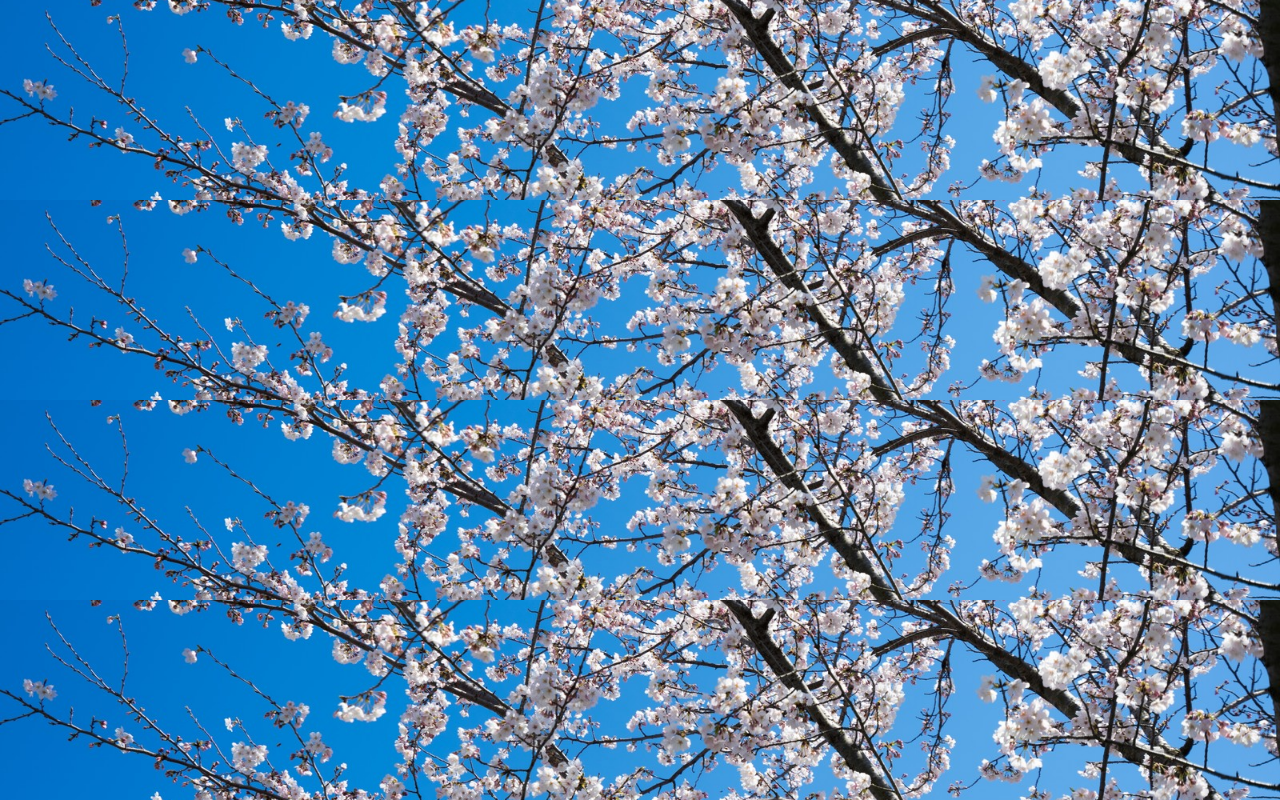
Repository: ego-boosting/assightment_1
Page: chapter_b/index.html
The author's editor kept a record of every edit. The page is drawn from the files as they stood at one moment, then again after the next edit.
The browser window is 1280 px wide. The pictures show the whole page.

Above is the page before.

### chapter_b/index.html
<!DOCTYPE HTML >
<html lang="ja">
  <head>
    <meta charset="UTF-8" >
    <title>6章演習</title>
    <link rel="stylesheet" href="style.css">
  </head>
</html>
<body>
  <div class="box1"></div>
   <div class="box1"></div>
    <div class="box1"></div>
     <div class="box1"></div>
</body>

### chapter_b/style.css
*{
  margin: 0;
  padding: 0;
  box-sizing: border-box;
}

.box1{
  height: 200px;
  background-image: url(img/box1.jpg);
  background-size: cover;
  background-position: center;
}

.box2{
  height: 200px;
  background-image: url(img/box2.jpg);
  background-size: cover;
  background-position: center;
}

.box3{
  height: 200px;
}

.box4{
  height: 200px;
}

After the next edit:
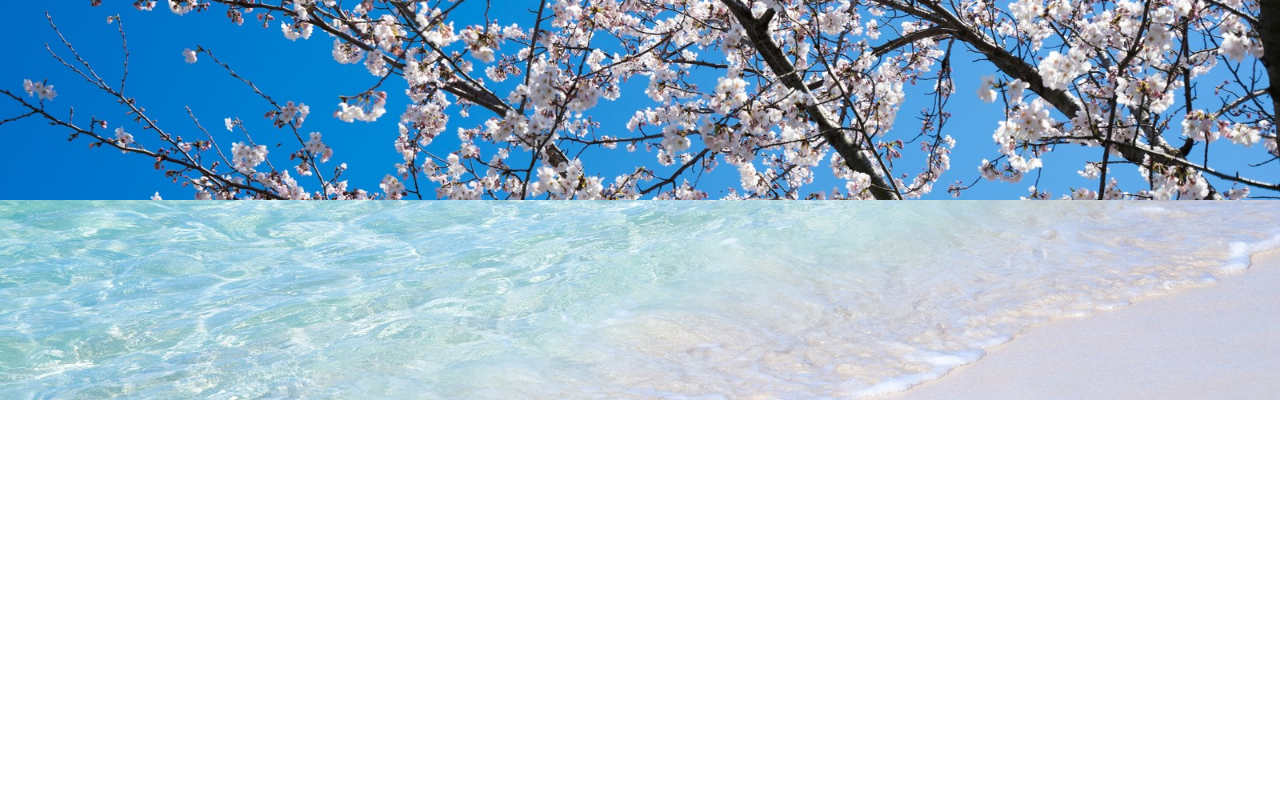
The edit:
--- a/chapter_b/index.html
+++ b/chapter_b/index.html
@@ -8,7 +8,7 @@
 </html>
 <body>
   <div class="box1"></div>
-   <div class="box1"></div>
-    <div class="box1"></div>
-     <div class="box1"></div>
+  <div class="box2"></div>
+  <div class="box3"></div>
+  <div class="box4"></div>
 </body>
